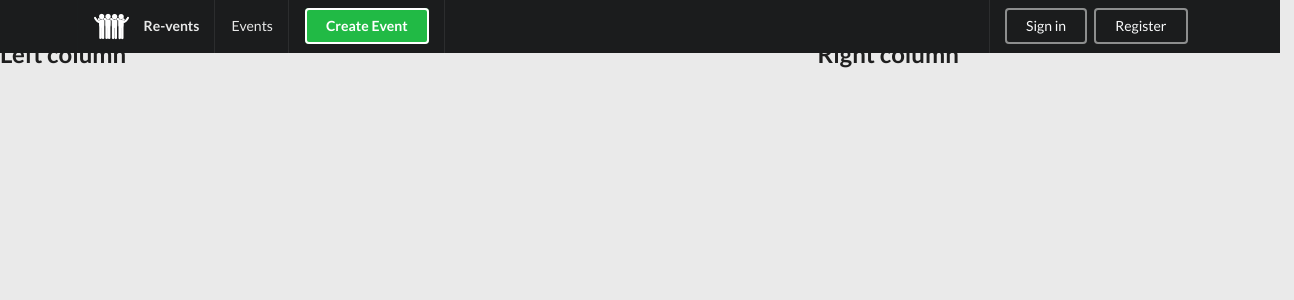
Repository: Preranabaruah/react-semantic-ui
Page: /
The author's editor kept a copy of each file at every save. The page is drawn from the files as they stood at one save, then again after the next save.
The browser window is 1280 px wide. The page is 1294 px wide, so the pictures cover 1294 px, including what lies to the right of the window. The pictures show the whole page.
The project was rebuilt for these pictures with package versions that can differ from the ones it lists, and the page was loaded fresh each time. Also part of the build but not shown: vite.config.ts.

Above is the page before, as saved 2023-09-08 13:41:07.

After the next save:
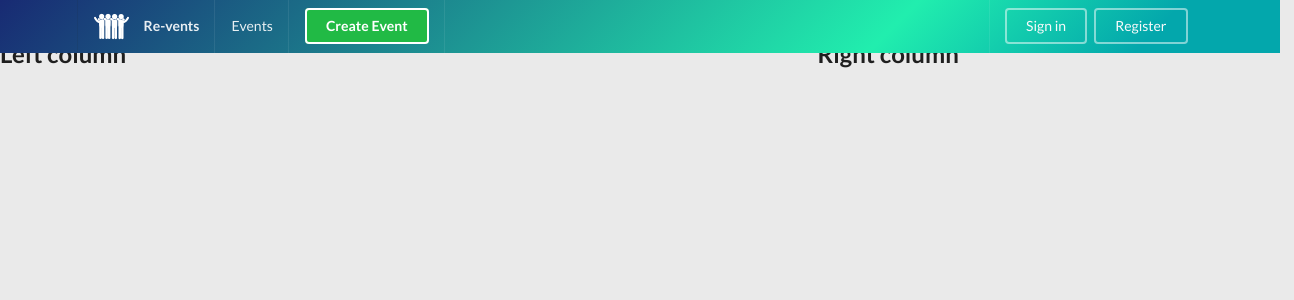
Saved 103 s later.
--- a/src/style.css
+++ b/src/style.css
@@ -1,3 +1,6 @@
 body {
   background-color: #eaeaea;
 }
+.ui.fixed.menu {
+  background-image: linear-gradient(135deg, rgb(24, 42, 115) 0%, rgb(33, 238, 174) 69%, rgb(3, 167, 172) 89%);
+}
